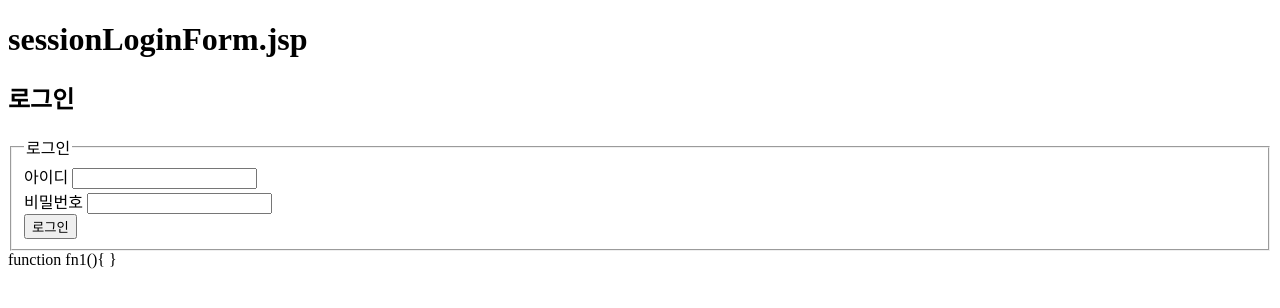
Repository: HeeYoung9/young9
Page: http://localhost/JSP7/jsp/sessionLoginForm.jsp
These files come from the project's save history. The page is drawn as it stood at one moment and after the next save; the edit follows.
The browser window is 1280 px wide. The pictures show the whole page.
The page is served by Tomcat 9.

Above is the page before, as saved 2023-08-24 05:49:00.

After the next save:
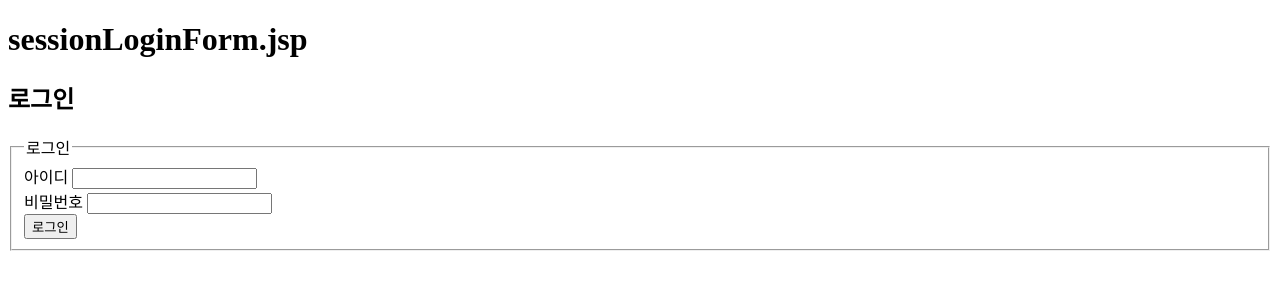
Saved 4 s later.
--- a/JSP7/src/main/webapp/jsp/sessionLoginForm.jsp
+++ b/JSP7/src/main/webapp/jsp/sessionLoginForm.jsp
@@ -19,11 +19,6 @@
 
 </form>
 </fieldset>
-	function fn1(){
 
-	}
-<script type="text/javascript">
-
-</script>
 </body>
 </html>
